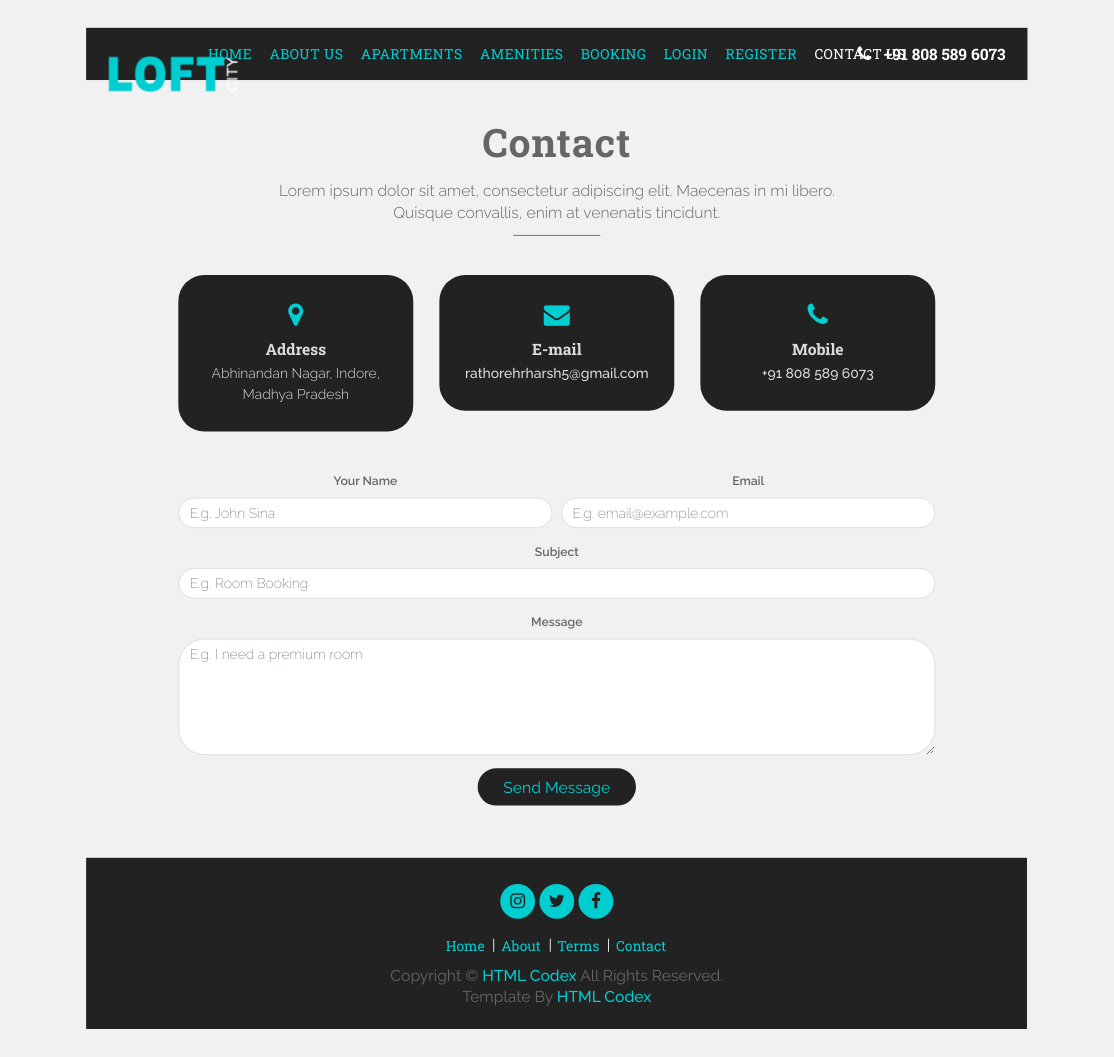
Repository: harshrathore123/ReactPractice
Page: /contact (app in RevFullStack/frontend/)
These files come from the project's save history. The page is drawn as it stood at one moment and after the next save; the edit follows.
The browser window is 1280 px wide. The pictures show the whole page, at 87% of full size.
The project was rebuilt for these pictures with package versions that can differ from the ones it lists, and the page was loaded fresh each time. Also part of the build but not shown: RevFullStack/frontend/vite.config.js, RevFullStack/frontend/src/component/Aminities.jsx, RevFullStack/frontend/src/component/Booking.jsx, RevFullStack/frontend/src/component/CallUs.jsx, RevFullStack/frontend/src/component/Header.jsx, RevFullStack/frontend/src/component/SearchBar.jsx, RevFullStack/frontend/src/component/Room.jsx, RevFullStack/frontend/src/component/Subscribe.jsx and 10 more.

Above is the page before, as saved 2025-10-19 14:14:03.

### RevFullStack/frontend/index.html
<!doctype html>
<html lang="en">
  <head>
    <meta charset="UTF-8" />
    <link rel="icon" type="image/svg+xml" href="/vite.svg" />
    <meta name="viewport" content="width=device-width, initial-scale=1.0" />
    <title>frontend</title>
            <!-- Favicons -->
        <link href="img/favicon.ico" rel="icon">
        <link href="img/apple-favicon.png" rel="apple-touch-icon">
<link href="https://fonts.googleapis.com/css2?family=Roboto:wght@400;700&display=swap" rel="stylesheet">
    <link rel="stylesheet" href="https://cdnjs.cloudflare.com/ajax/libs/font-awesome/6.0.0-beta3/css/all.min.css">
        <!-- Google Fonts -->
        <link href="https://fonts.googleapis.com/css?family=Roboto+Slab:400,700|Raleway:100,200,300,400,500,600,700,800,900" rel="stylesheet">

        <!-- Vendor CSS File -->
        <link href="vendor/bootstrap/css/bootstrap.min.css" rel="stylesheet">
        <link href="vendor/font-awesome/css/font-awesome.min.css" rel="stylesheet">
        <link href="vendor/slick/slick.css" rel="stylesheet">
        <link href="vendor/slick/slick-theme.css" rel="stylesheet">
        <link href="vendor/tempusdominus/css/tempusdominus-bootstrap-4.min.css" rel="stylesheet" />
  </head>
  <body>
    <div id="root"></div>
    <script type="module" src="/src/main.jsx"></script>
  </body>
</html>

### RevFullStack/frontend/src/main.jsx
import { StrictMode } from 'react'
import { createRoot } from 'react-dom/client'
import './index.css'
import {BrowserRouter} from 'react-router-dom';
import App from './App.jsx'

createRoot(document.getElementById('root')).render(
  <BrowserRouter>
    <App />
  </BrowserRouter>,
)

### RevFullStack/frontend/src/App.jsx
import './App.css'
import Home from './component/Home'
import Footer from './component/Footer'
import {Routes,Route} from 'react-router-dom';
import {ToastContainer} from 'react-toastify';
import Navbar from './component/Navbar';
import Aboutus from './page/Aboutus';
import Apartment from './page/Apartment';
import Aminities from './page/Aminities';
import Booking from './page/Bookings';
import Contact from './page/Contact';
import Login from './page/Login';
import Signup from './page/Signup';
function App(){
  return(
    <>
    <ToastContainer position="top-right" reverseOrder={false}/>
    <Navbar/>
    <Routes>
      <Route path='/' element={<Home/>}/>
      <Route path='/aboutus' element={<Aboutus/>}/>
      <Route path='/apartments' element={<Apartment/>}/>
      <Route path='/amenities' element={<Aminities/>}/>
      <Route path='/booking' element={<Booking/>}/>
      <Route path='/contact' element={<Contact/>}/>
      <Route path='/login' element={<Login/>}/>
      <Route path='/register' element={<Signup/>}/>
    </Routes>
    <Footer/>

    </>
  )
}

export default App

### RevFullStack/frontend/src/component/Footer.jsx
import '../../public/css/style.css';
import '../../public/css/hover-style.css';
export default function Footer(){
    return(
        <>
                {/* <!-- Footer Section Start --> */}
        <div id="footer">
            <div className="container">
                <div className="row">
                    <div className="col-12">
                        <div className="social">
                            <a href=""><li className="fa fa-instagram"></li></a>
                            <a href=""><li className="fa fa-twitter"></li></a>
                            <a href=""><li className="fa fa-facebook-f"></li></a>
                        </div>
                    </div>
                    <div className="col-12">
                        <ul>
                            <li><a href="">Home</a></li>
                            <li><a href="">About</a></li>
                            <li><a href="">Terms</a></li>
                            <li><a href="">Contact</a></li>
                        </ul>
                    </div>
                    <div className="col-12">
                        <p>Copyright &#169; <a href="https://htmlcodex.com">HTML Codex</a> All Rights Reserved.</p>
						<p>Template By <a href="https://htmlcodex.com">HTML Codex</a></p>
                    </div>
                </div>
            </div>
        </div>
        {/* <!-- Footer Section End --> */}

        </>
    )
}

### RevFullStack/frontend/src/component/Navbar.jsx
import { useState } from "react";
import "../../public/css/style.css";
import "../../public/css/hover-style.css";
import { NavLink } from "react-router-dom";

export default function Navbar() {
  const [menuOpen, setMenuOpen] = useState(false);

  const activeStyle = {
    color: "white",
  };

  // Toggle menu open/close
  const toggleMenu = () => setMenuOpen(!menuOpen);

  // Close menu when clicking a link
  const handleLinkClick = () => setMenuOpen(false);

  return (
    <header id="header">
      <NavLink to="/" className="logo">
        <img src="img/logo.png" alt="logo" />
      </NavLink>

      <div className="phone">
        <i className="fa fa-phone"></i> +91 808 589 6073
      </div>

      {/* Hamburger icon for mobile */}
      <div className="mobile-menu-btn" onClick={toggleMenu}>
        <i className="fa fa-bars"></i>
      </div>

      {/* Navigation */}
      <nav className={`main-menu top-menu ${menuOpen ? "open" : ""}`}>
        <ul>
          <li>
            <NavLink
              to="/"
              onClick={handleLinkClick}
              style={({ isActive }) => (isActive ? activeStyle : undefined)}
            >
              Home
            </NavLink>
          </li>
          <li>
            <NavLink
              to="/aboutus"
              onClick={handleLinkClick}
              style={({ isActive }) => (isActive ? activeStyle : undefined)}
            >
              About Us
            </NavLink>
          </li>
          <li>
            <NavLink
              to="/apartments"
              onClick={handleLinkClick}
              style={({ isActive }) => (isActive ? activeStyle : undefined)}
            >
              Apartments
            </NavLink>
          </li>
          <li>
            <NavLink
              to="/amenities"
              onClick={handleLinkClick}
              style={({ isActive }) => (isActive ? activeStyle : undefined)}
            >
              Amenities
            </NavLink>
          </li>
          <li>
            <NavLink
              to="/booking"
              onClick={handleLinkClick}
              style={({ isActive }) => (isActive ? activeStyle : undefined)}
            >
              Booking
            </NavLink>
          </li>
          <li>
            <NavLink
              to="/login"
              onClick={handleLinkClick}
              style={({ isActive }) => (isActive ? activeStyle : undefined)}
            >
              Login
            </NavLink>
          </li>
          <li>
            <NavLink
              to="/register"
              onClick={handleLinkClick}
              style={({ isActive }) => (isActive ? activeStyle : undefined)}
            >
              Register
            </NavLink>
          </li>
          <li>
            <NavLink
              to="/contact"
              onClick={handleLinkClick}
              style={({ isActive }) => (isActive ? activeStyle : undefined)}
            >
              Contact Us
            </NavLink>
          </li>
        </ul>
      </nav>
    </header>
  );
}

### RevFullStack/frontend/src/page/Contact.jsx
import '../../public/css/style.css';
import '../../public/css/hover-style.css';
import { useState } from 'react';
export default function Contact(){
    const [contactusdata,setContactUsData] =useState({
        name:"",
        email:"",
        subject:"",
        Message:""
    })
    return(
        <>
                {/* <!-- Contact Section Start --> */}
        <div id="contact">
            <div class="container">
                <div class="section-header">
                    <h2>Contact</h2>
                    <p>
                        Lorem ipsum dolor sit amet, consectetur adipiscing elit. Maecenas in mi libero. Quisque convallis, enim at venenatis tincidunt.
                    </p>
                </div>
                <div class="row">
                    <div class="col-md-12">
                        <div class="row contact-info">
                            <div class="col-md-4">
                                <div class="info-item">
                                    <i class="fa fa-map-marker"></i>
                                    <h3>Address</h3>
                                    <p>Abhinandan Nagar, Indore, Madhya Pradesh</p>
                                </div>
                            </div>
                            <div class="col-md-4">
                                <div class="info-item">
                                    <i class="fa fa-envelope"></i>
                                    <h3>E-mail</h3>
                                    <p><a href="#">rathorehrharsh5@gmail.com</a></p>
                                </div>
                            </div>
                            <div class="col-md-4">
                                <div class="info-item">
                                    <i class="fa fa-phone"></i>
                                    <h3>Mobile</h3>
                                    <p><a href="tel:+1 234 567 8900">+91 808 589 6073</a></p>
                                </div>
                            </div>
                        </div>
                    </div>
                    <div class="col-md-12">
                        <div class="contact-form">
                            <div id="success"></div>
                            <form name="sentMessage" id="contactForm" novalidate="novalidate">
                                <div class="form-row">
                                    <div class="control-group col-sm-6">
                                        <label>Your Name</label>
                                        <input
                                        value={contactusdata.name}
                                        onChange={(e)=>setContactUsData({...contactusdata,name:e.target.value})}
                                        type="text" class="form-control" id="name" placeholder="E.g. John Sina" required="required" data-validation-required-message="Please enter your name" />
                                        <p class="help-block text-danger"></p>
                                    </div>
                                    <div class="control-group col-sm-6">
                                        <label>Email</label>
                                        <input
                                        value={contactusdata.email}
                                        onChange={(e)=>setContactUsData({...contactusdata,email:e.target.value})}
                                        type="email" class="form-control" id="email" placeholder="E.g. email@example.com" required="required" data-validation-required-message="Please enter your email" />
                                        <p class="help-block text-danger"></p>
                                    </div>
                                </div>
                                <div class="control-group">
                                    <label>Subject</label>
                                    <input
                                    value={contactusdata.Message}
                                        onChange={(e)=>setContactUsData({...contactusdata,Message:e.target.value})}
                                    type="text" class="form-control" id="subject" placeholder="E.g. Room Booking" required="required" data-validation-required-message="Please enter a subject" />
                                    <p class="help-block text-danger"></p>
                                </div>
                                <div class="control-group">
                                    <label>Message</label>
                                    <textarea class="form-control" id="message" rows="5" placeholder="E.g. I need a premium room" required="required" data-validation-required-message="Please enter your message"></textarea>
                                    <p class="help-block text-danger"></p>
                                </div>
                                <div class="button"><button type="submit" id="sendMessageButton">Send Message</button></div>
                            </form>
                        </div>
                    </div>
                </div>
            </div>
        </div>
        {/* <!-- Contact Section End --> */}
        </>
    )
}

Loaded but not shown: RevFullStack/frontend/src/index.css (common file); RevFullStack/frontend/src/App.css (common file); RevFullStack/frontend/public/vendor/bootstrap/css/bootstrap.min.css (library); RevFullStack/frontend/public/vendor/font-awesome/css/font-awesome.min.css (library); RevFullStack/frontend/public/vendor/slick/slick.css (common file); RevFullStack/frontend/public/vendor/slick/slick-theme.css (library); RevFullStack/frontend/public/vendor/tempusdominus/css/tempusdominus-bootstrap-4.min.css (library); RevFullStack/frontend/public/css/hover-style.css (460 lines, source omitted); RevFullStack/frontend/public/css/style.css (1469 lines, source omitted)

After the next save:
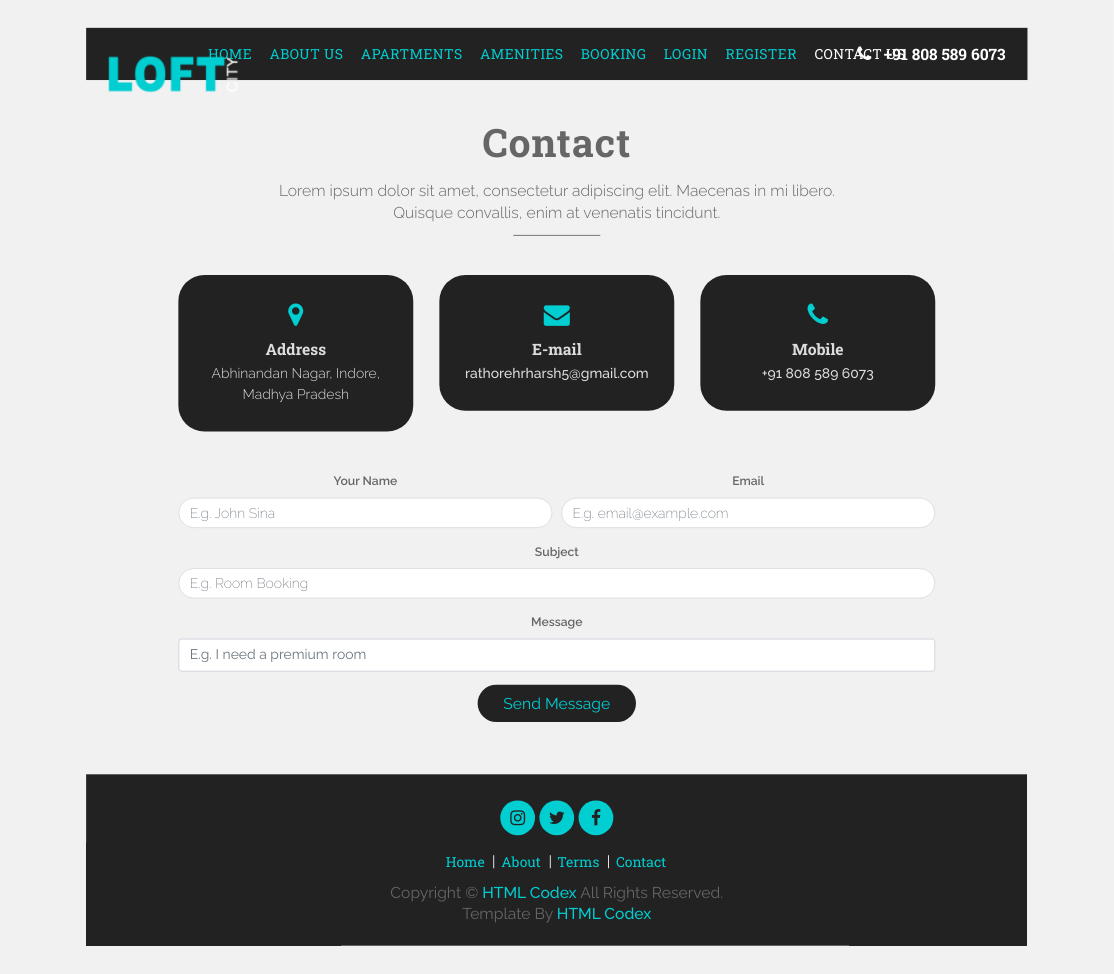
Saved 9 s later.
--- a/RevFullStack/frontend/src/page/Contact.jsx
+++ b/RevFullStack/frontend/src/page/Contact.jsx
@@ -77,7 +77,9 @@ export default function Contact(){
                                 </div>
                                 <div class="control-group">
                                     <label>Message</label>
-                                    <textarea class="form-control" id="message" rows="5" placeholder="E.g. I need a premium room" required="required" data-validation-required-message="Please enter your message"></textarea>
+                                    <input
+
+                                    class="form-control" id="message" rows="5" placeholder="E.g. I need a premium room" required="required" data-validation-required-message="Please enter your message"></input>
                                     <p class="help-block text-danger"></p>
                                 </div>
                                 <div class="button"><button type="submit" id="sendMessageButton">Send Message</button></div>
